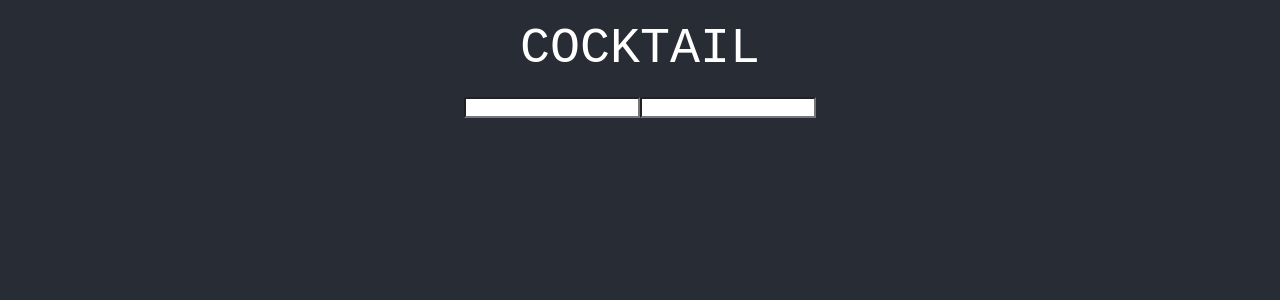
Repository: phunobi1807/coctails
Page: /
These files come from the project's save history. The page is drawn as it stood at one moment and after the next save; the edit follows.
The browser window is 1280 px wide. The pictures show the whole page.
The page's requests for data from a server got no answer. The project was rebuilt for these pictures with package versions that can differ from the ones it lists, and the page was loaded fresh each time. No one was signed in, and anything a server would have sent is missing.

Above is the page before, as saved 2021-09-25 13:35:59.

### src/App.js
import React from 'react';
import './App.scss';
import  ListCocktails from "./components/ListCocktails"

function App() {
  return (
    <div className="App">
        <header><span>C</span>OCKTAIL</header>

        <ListCocktails />
    </div>
  );
}

export default App;

### src/App.scss
* {
  background-color: #282c34;
  color: white;
  font-family: 'Courier New', Courier, monospace, sans-serif;
}
.App
{
  header
  {
    font-size: 50px;
    text-align: center;
    margin: 20px 0;
  }
}

### src/components/ListCocktails.js
import axios from "axios";
import React, { Component } from "react";
import "./ListCocktails.scss";
class componentName extends Component {
  state = {
    listCocktail: [],
    name: "",
    loading: false,
  };

  async componentDidMount() {
    let res = await axios.get(
      "https://www.thecocktaildb.com/api/json/v1/1/search.php?s="
    );
    console.log("check data:", res.data.drinks);
    this.setState({
      listCocktail: res.data && res.data.drinks ? res.data.drinks : [],
    });
  }

  render() {
    let { listCocktail, loading } = this.state;
    return (
      <>
        <div className="input">
          <form action="">
            <input type="text" />
            <input type="subm" />
          </form>
        </div>
        <div className="container">
          {!loading ? (
            listCocktail.map((item, index) => {
              return (
                <>
                  <div className="product-cocktail" key={item.id}>
                    <img src={item.strDrinkThumb} alt="" />
                    <p>
                      <span>Name cocktail: {item.strDrink}</span>
                    </p>
                    <p>
                      <span>Use: {item.strInstructions}</span>{" "}
                    </p>
                  </div>
                </>
              );
            })
          ) : (
            <div>Loading...</div>
          )}
        </div>
      </>
    );
  }
}

export default componentName;

### src/components/ListCocktails.scss
.input
{
    text-align: center;
    margin-bottom: 30px;
    input
    {
        background-color: white;
    }
}
.container {
    display: flex;
    justify-content: space-between;
    flex-wrap: wrap;
    padding: 0 10px;

    .product-cocktail {
        max-width: 300px;
        white-space: nowrap;
    text-overflow: ellipsis;
    overflow: hidden;
        img {
            width: 300px;
            height: 200px;
            object-fit: cover;
            border-radius: 5px;
        }
        p {
            span {
                white-space: inherit;
                text-overflow: inherit;
                overflow: inherit;
                color: crimson;
            }
        }
    }
}

Loaded but not shown: public/index.html (common file); src/index.js (common file); src/index.css (common file); src/reportWebVitals.js (common file)

After the next save:
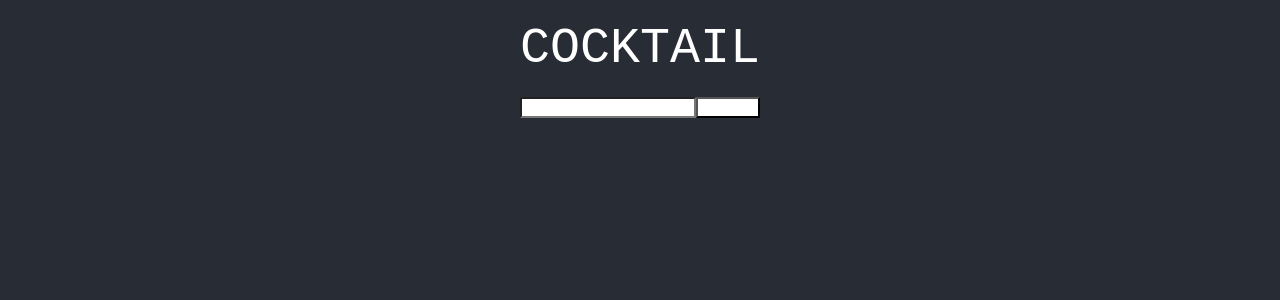
Saved 5 s later.
--- a/src/components/ListCocktails.js
+++ b/src/components/ListCocktails.js
@@ -25,7 +25,7 @@ class componentName extends Component {
         <div className="input">
           <form action="">
             <input type="text" />
-            <input type="subm" />
+            <input type="submit" />
           </form>
         </div>
         <div className="container">
